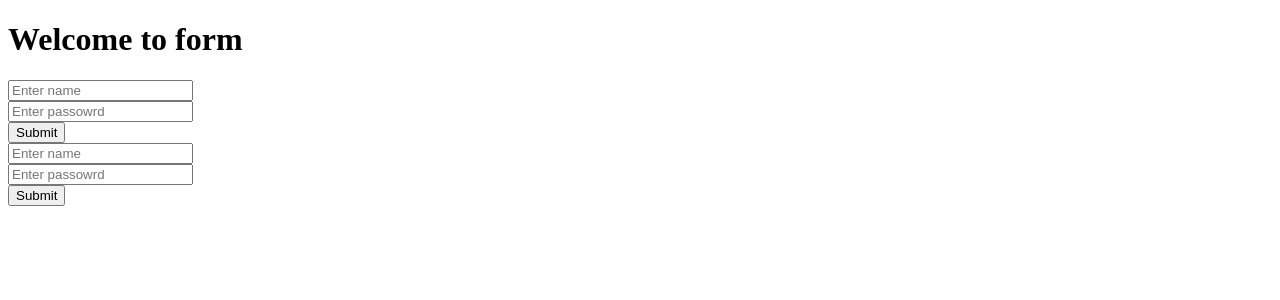
Repository: Senyadt2/Projects-On-Java
Page: SendRequest/src/main/webapp/index.html
The author's editor kept a copy of each file at every save. The page is drawn from the files as they stood at one save, then again after the next save.
The browser window is 1280 px wide. The pictures show the whole page.

Above is the page before, as saved 2024-03-24 06:54:42.

### SendRequest/src/main/webapp/index.html
<!DOCTYPE html>
<html>
<head>
<meta charset="ISO-8859-1">
<title>Insert title here</title>
</head>
<body>
	<h1>Welcome to form</h1>
	<form action="MyServlet" method="get">
		<input type="text" name="name" placeholder="Enter name"><br>
		<input type="password" name="pass" placeholder="Enter passowrd"><br>
		<button type="submit" value="login">Submit</button>
	</form>
	<form action="MyServlet" method="post">
		<input type="text" name="name" placeholder="Enter name"><br>
		<input type="password" name="pass" placeholder="Enter passowrd"><br>
		<button type="submit" value="login">Submit</button>
	</form>
</body>
</html>

After the next save:
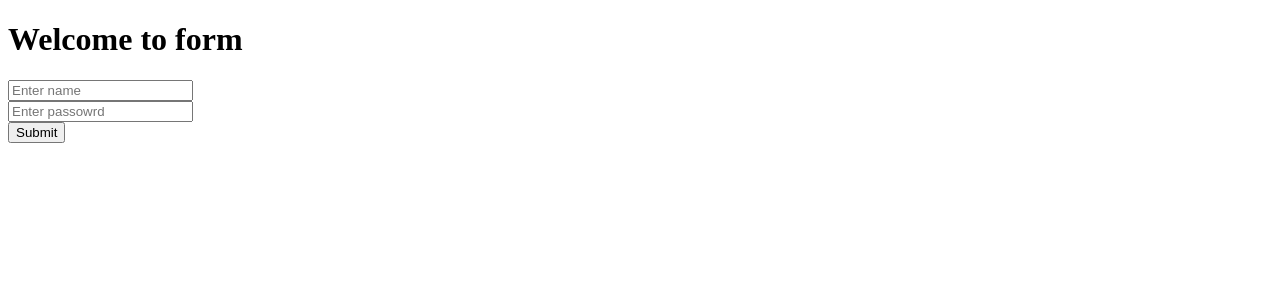
Saved 17 s later.
--- a/SendRequest/src/main/webapp/index.html
+++ b/SendRequest/src/main/webapp/index.html
@@ -11,10 +11,6 @@
 		<input type="password" name="pass" placeholder="Enter passowrd"><br>
 		<button type="submit" value="login">Submit</button>
 	</form>
-	<form action="MyServlet" method="post">
-		<input type="text" name="name" placeholder="Enter name"><br>
-		<input type="password" name="pass" placeholder="Enter passowrd"><br>
-		<button type="submit" value="login">Submit</button>
-	</form>
+
 </body>
 </html>
